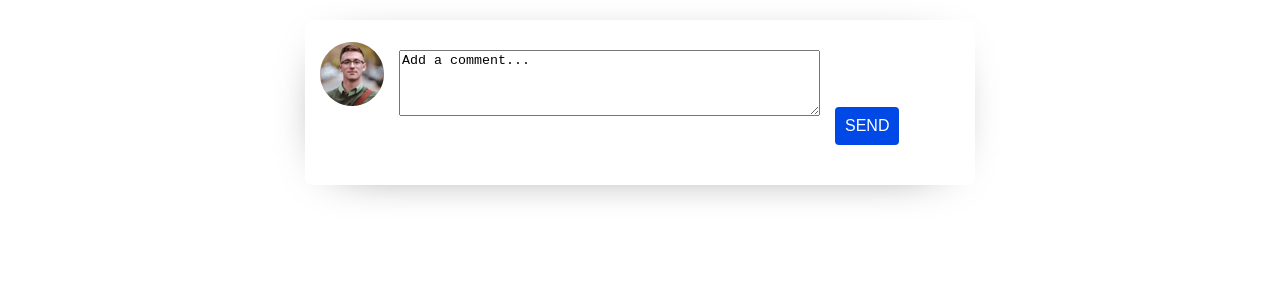
Repository: badhon252/interactive-comments-section
Page: /
The author's editor kept a copy of each file at every save. The page is drawn from the files as they stood at one save, then again after a run of saves.
The browser window is 1280 px wide. The pictures show the whole page.
The project was rebuilt for these pictures with package versions that can differ from the ones it lists, and the page was loaded fresh each time.

Above is the page before, as saved 2022-01-27 21:21:18.

After the next 5 saves:
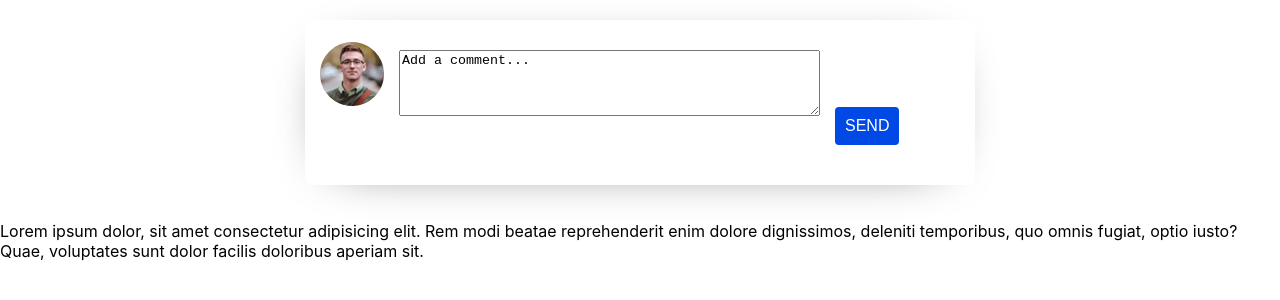
The 5 saves are shown as one change because 4 did not build or start.
The last was saved 2 min 17 s later.
--- a/src/App.js
+++ b/src/App.js
@@ -1,9 +1,9 @@
-import Comments from "./components/Comments";
+import WriteComments from "./components/Write-Comments";
 
 function App() {
   return (
     <div className="App">
-      <Comments />
+      <WriteComments />
     </div>
   );
 }
--- a/src/components/Comments.js
+++ b/src/components/Comments.js
@@ -13,6 +13,7 @@ export default function Comments() {
           <button className="submit-btn">SEND</button>
         </form>{" "}
       </div>
+      <Comment />
     </div>
   );
 }
--- a/src/components/Write-Comments.js
+++ b/src/components/Write-Comments.js
@@ -1,5 +1,6 @@
 import React from "react";
 import "../App.css";
+import Comment from "./Comment";
 import Avatar from "../images/avatars/image-juliusomo.png";
 export default function Comments() {
   return (
